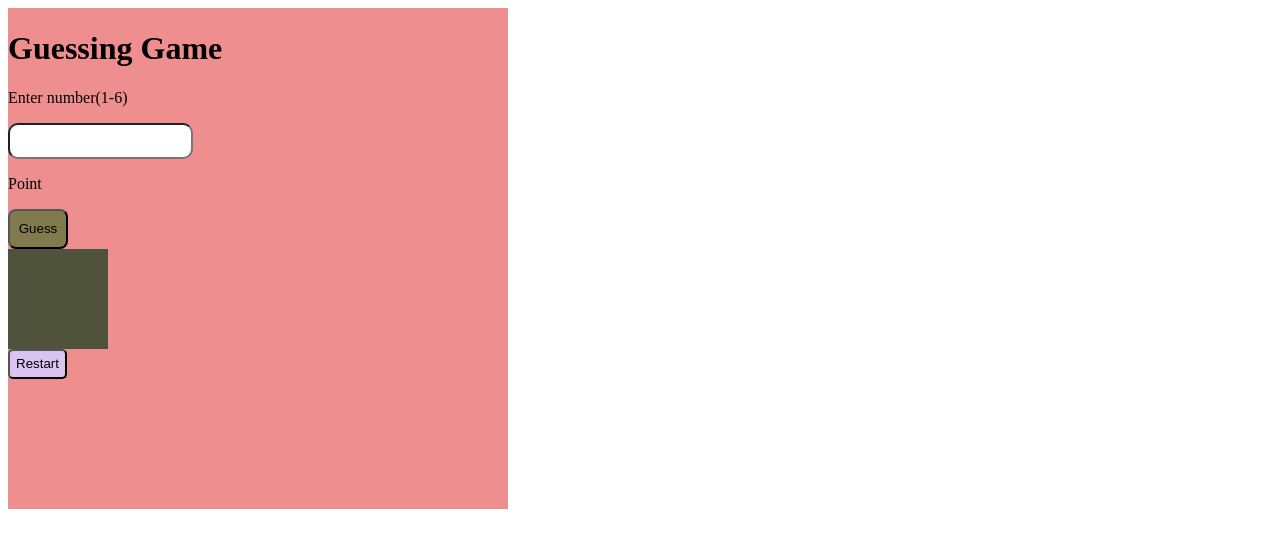
Repository: AniAntonyan/GuessingGame
Page: index.html
The author's editor kept a copy of each file at every save. The page is drawn from the files as they stood at one save, then again after the next save.
The browser window is 1280 px wide. The pictures show the whole page.

Above is the page before, as saved 2022-02-27 17:18:05.

After the next save:
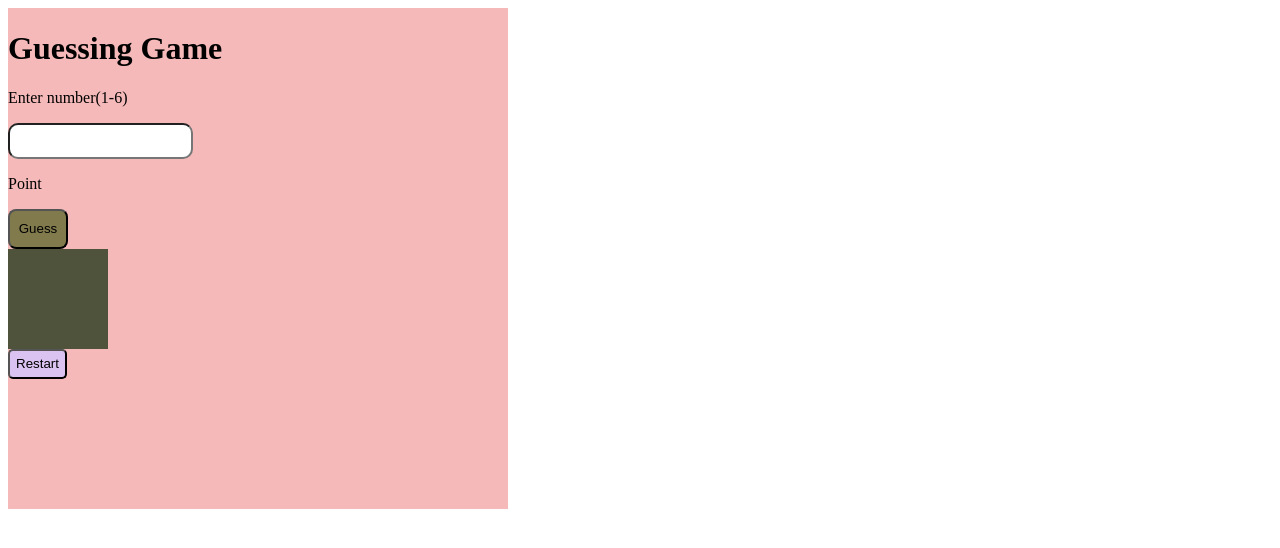
Saved 14 s later.
--- a/style.css
+++ b/style.css
@@ -1,5 +1,5 @@
 .container{
-    background-color: #ee8e8e;
+    background-color: #f5b9b9;
     height: 500px;
     width: 500px;
     padding-top:1px;
